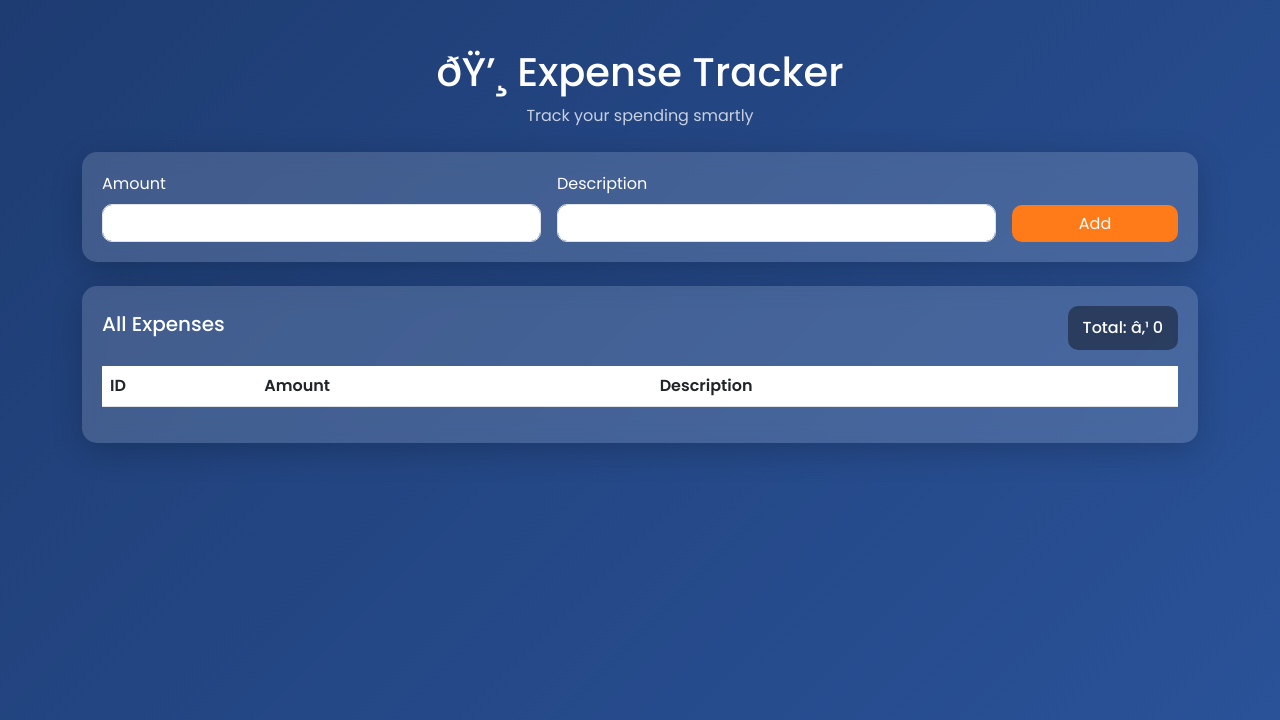
Repository: TejasChoudhary1996/expense-microservices
Page: http://localhost/ui-service/WEB-INF/jsp/home.jsp
The author's editor kept a copy of each file at every save. The page is drawn from the files as they stood at one save, then again after the next save.
The browser window is 1280 px wide. The pictures show the whole page.
The page is served by Tomcat 10. Nobody is signed in. Other server files are loaded and not shown. The template is opened directly, without the code that normally fills it, so the values that code supplies are empty.

Above is the page before, as saved 2026-03-23 21:08:25.

### ui-service/src/main/webapp/WEB-INF/jsp/home.jsp
<%@ taglib prefix="c" uri="jakarta.tags.core" %>
<!DOCTYPE html>
<html>
<head>
    <title>Expense Tracker</title>

    <!-- Bootstrap -->
    <link href="https://cdn.jsdelivr.net/npm/bootstrap@5.3.0/dist/css/bootstrap.min.css" rel="stylesheet">

    <!-- Google Font -->
    <link href="https://fonts.googleapis.com/css2?family=Poppins:wght@300;400;500;600&display=swap" rel="stylesheet">

    <meta name="viewport" content="width=device-width, initial-scale=1">

    <style>
        body {
            font-family: 'Poppins', sans-serif;
            background: linear-gradient(135deg, #1e3c72, #2a5298);
            min-height: 100vh;
        }

        .glass-card {
            background: rgba(255, 255, 255, 0.15);
            border-radius: 15px;
            backdrop-filter: blur(10px);
            padding: 20px;
            color: white;
            box-shadow: 0 8px 32px rgba(0,0,0,0.2);
        }

        .form-control {
            border-radius: 10px;
        }

        .btn-primary {
            border-radius: 10px;
            background: #ff7a18;
            border: none;
        }

        .btn-primary:hover {
            background: #ff5e00;
        }

        table {
            color: white;
        }

        .table thead {
            background: rgba(0,0,0,0.4);
        }

        .table tbody tr:hover {
            background: rgba(255,255,255,0.1);
        }

        .total-box {
            background: rgba(0,0,0,0.4);
            padding: 10px 15px;
            border-radius: 10px;
            font-weight: 500;
        }
    </style>
</head>

<body>

<div class="container py-5">

    <!-- Header -->
    <div class="text-center text-white mb-4">
        <h1>💸 Expense Tracker</h1>
        <p class="opacity-75">Track your spending smartly</p>
    </div>

    <!-- Form -->
    <div class="glass-card mb-4">
        <form action="save" method="post" class="row g-3">

            <div class="col-md-5">
                <label class="form-label">Amount</label>
                <input type="number" step="0.01" name="amount" class="form-control" required>
            </div>

            <div class="col-md-5">
                <label class="form-label">Description</label>
                <input type="text" name="description" class="form-control" required>
            </div>

            <div class="col-md-2 d-grid">
                <label class="form-label invisible">Add</label>
                <button type="submit" class="btn btn-primary">Add</button>
            </div>

        </form>
    </div>

    <!-- Expense Table -->
    <div class="glass-card">

        <div class="d-flex justify-content-between align-items-center mb-3">
            <h5>All Expenses</h5>

            <!-- Total -->
            <div class="total-box">
                Total: ₹
                <c:set var="total" value="0" />
                <c:forEach var="e" items="${expenses}">
                    <c:set var="total" value="${total + e.amount}" />
                </c:forEach>
                ${total}
            </div>
        </div>

        <div class="table-responsive">
            <table class="table align-middle">

                <thead>
                    <tr>
                        <th>ID</th>
                        <th>Amount</th>
                        <th>Description</th>
                    </tr>
                </thead>

                <tbody>
                    <c:forEach var="e" items="${expenses}">
                        <tr>
                            <td>${e.id}</td>
                            <td>${e.amount}</td>
                            <td>${e.description}</td>
                        </tr>
                    </c:forEach>
                </tbody>

            </table>
        </div>

    </div>

</div>

</body>
</html>

After the next save:
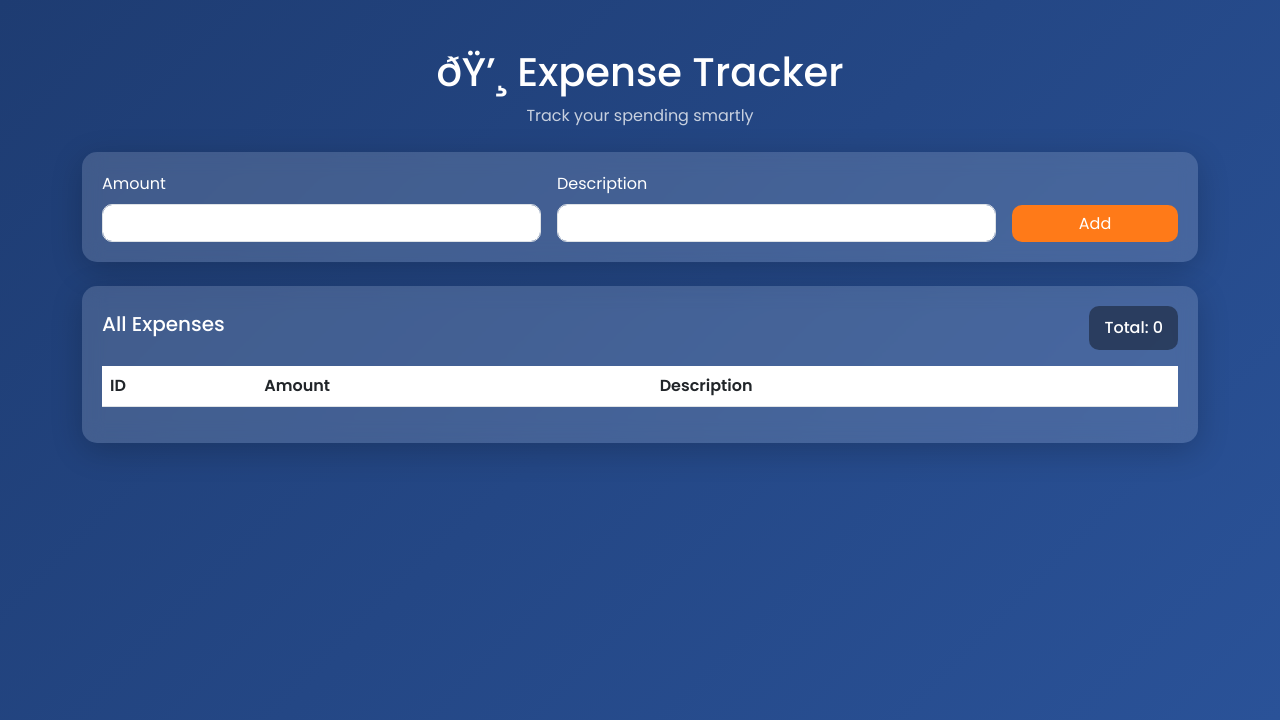
Saved 7 s later.
--- a/ui-service/src/main/webapp/WEB-INF/jsp/home.jsp
+++ b/ui-service/src/main/webapp/WEB-INF/jsp/home.jsp
@@ -103,7 +103,7 @@
 
             <!-- Total -->
             <div class="total-box">
-                Total: ₹
+                Total:
                 <c:set var="total" value="0" />
                 <c:forEach var="e" items="${expenses}">
                     <c:set var="total" value="${total + e.amount}" />
